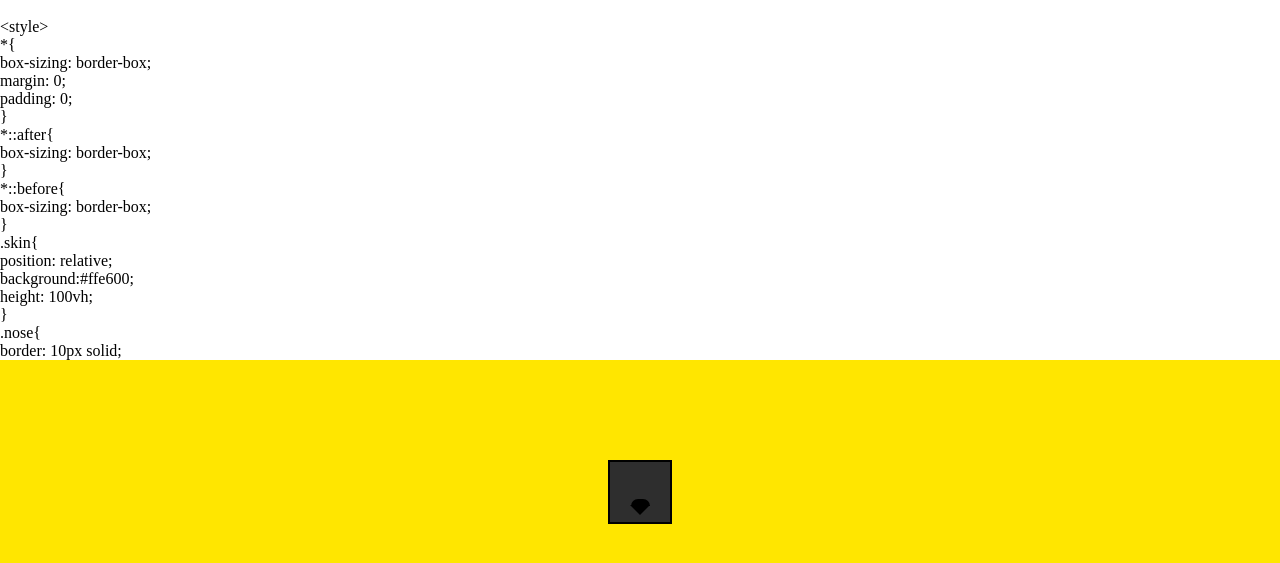
Repository: chenguocan/Pokemon
Page: src/test.html
These files come from the project's save history. The page is drawn as it stood at one moment and after the next save; the edit follows.
The browser window is 1280 px wide. The pictures show the whole page.
An inner scrolling area shows only its first screen.

Above is the page before, as saved 2020-08-16 18:05:52.

### src/test.html
<!DOCTYPE html>
<html lang="en">

<head>
    <meta charset="UTF-8">
    <meta name="viewport" content="width=device-width, initial-scale=1.0">
    <title>Document</title>
    <style>
        #demo2 {
            display: none;
        }

        #demo {
            position: fixed;
            height: 50vh;
            top: 0;
            left: 0;
            width: 100%;
            overflow: scroll;
        }

        #html {
            position: fixed;
            bottom: 0;
            left: 0;
            width: 100%;
            height: 50vh;
        }
    </style>
</head>

<body>
    <div id="demo"></div>
    <div id="demo2"></div>
    <div id="html">
        <div class="skin">
            <div class="eye left"></div>
            <div class="eye right"></div>
            <div class="nose">
                <div class="yuan"></div>
            </div>
            <div class="face left">
                <img src="./images/3.gif" alt="">
            </div>
            <div class="face right">
                <img src="./images/3.gif" alt="">
            </div>
            <div class="mouth">
                <div class="up">
                    <div class="lip left"></div>
                    <div class="lip right"></div>
                </div>
                <div class="down">
                    <div class="yuan1">
                        <div class="yuan2"></div>
                    </div>
                </div>
            </div>
        </div>
    </div>
    <script src="test.js"></script>
</body>

</html>

### src/test.js
let n = 1;
const string = `
<style>
*{
    box-sizing: border-box;
    margin: 0;
    padding: 0;
}
*::after{
    box-sizing: border-box;
}
*::before{
    box-sizing: border-box;
}
.skin{
    position: relative;
    background:#ffe600;
    height: 100vh;
}
.nose{
    border: 10px solid;
    border-color:black transparent transparent transparent;
    width: 0px;
    height: 0px;
    position: relative;
    left: 50%;
    top: 145px;
    margin-left: -10px;
    z-index: 10;
}
@keyframes wave{
    0%{
        transform: rotate(0deg);
    }
    33%{
        transform: rotate(5deg);
    }
    66%{
        transform: rotate(-5deg);
    }
    100%{
        transform: rotate(0deg);
    }
}
.nose:hover{
    transform-origin: 50% 100%;
    animation:wave 500ms infinite;
}
.yuan{
    position: absolute;
    width: 18.5px;
    height: 7px;
    background:black;
    top:-16px;
    left:-9px;
    border-radius:14px 14px 0 0;
}
.face>img{
    position: absolute;
    border-radius: 50%;
    top: 50px;
    left: 50px;
}
.face.left>img{
    transform-origin: 0 0;
    transform: rotateY(180deg);

}
.eye{
    border:2px solid #000;
    width: 64px;
    height: 64px;
    position: absolute;
    left: 50%;
    margin-left: -32px;
    top: 100px;
    background:#2e2e2e;
    border-radius: 50%;
}
.eye::before{
    content:"";
    display: block;
    border:3px solid white;
    width: 25px;
    height: 25px;
    border-radius: 50%;
    background:#fff;
    position: relative;
    left: 8px;
    top:2px;
}
.left{
    transform: translateX(-100px);
}
.right{
    transform: translateX(100px);
}
.mouth{
    width:200px;
    height: 200px;
    position: absolute;
    left: 50%;
    top:170px;
    margin-left: -100px;
}
.mouth .up{
    position: relative;
    top: -7px;
}
.mouth .up .lip{
    border:5px solid black;
    height: 30px;
    width:100px;
     background:#ffe600;
    border-top-color:transparent ;
    border-right-color: transparent;
    left: 50%;
    margin-left: -50%;
    z-index: 1;
}
.mouth .up .lip.left{
    border-radius: 0 0 0 50px;
    position: relative;
    transform: rotate(-20deg);
    position: absolute;
}
.mouth .up .lip.left::before{

    right: -6px;

}
.mouth .up .lip::before{
    content:"";
    display: block;
    width: 7px;
    height: 30px;
    position: absolute;
    bottom: 0;
    background:#ffe600;
}
.mouth .up .lip.right{
    border-radius: 0 0 50px 0;
    position: relative;
    transform: rotate(20deg) translateX(48px) translateY(-18px);
    position: absolute;
    left: 50%;
    margin-left: -50px;
}
.mouth .up .lip.right::before{

    left: -6px;

}
.mouth .down{
    height: 180px;
    position: absolute;
    top:0px;
    width: 100%;
    overflow:hidden;
}
.mouth .down .yuan1{
    border:3px solid black;
    height: 1000px;
    width: 150px;
    border-radius: 75px/300px;
    position: absolute;
    bottom: 0;
    left: 50%;
    margin-left: -75px;
    background:#9b000a;
    overflow: hidden;
}
.mouth .down .yuan1 .yuan2{

    background: #ff485f;
    height: 300px;
    width: 200px;
    position: absolute;
    bottom:-155px;
    left: 50%;
    margin-left: -100px;
    border-radius: 120px;
}
.face{
    position: absolute;
    left: 50%;
    border:3px solid black;
    width: 88px;
    height: 88px;
    top:200px;
    margin-left: -44px;
    z-index:3;
}
.face .left{
    transform: translateX(-200px);
    background:#ff0000;
    border-radius: 50%;
}
.face.left{
    transform: translateX(-200px);
    background:#ff0000;
    border-radius: 50%;
}
.face.right{
    transform: translateX(200px);
    background:#ff0000;
    border-radius: 50%;
}

</style>
`
const demo2 = document.querySelector("#demo2");
const demo = document.querySelector("#demo");
demo.innerText = string.substr(0, n);
demo2.innerHTML = string.substr(0, n);
let id = setInterval(() => {
    n += 1;
    if (n > string.length) {
        window.clearInterval(id);
        return
    }
    demo.innerText = string.substr(0, n);
    demo2.innerHTML = string.substr(0, n);
    console.log(string);
}, 1)

After the next save:
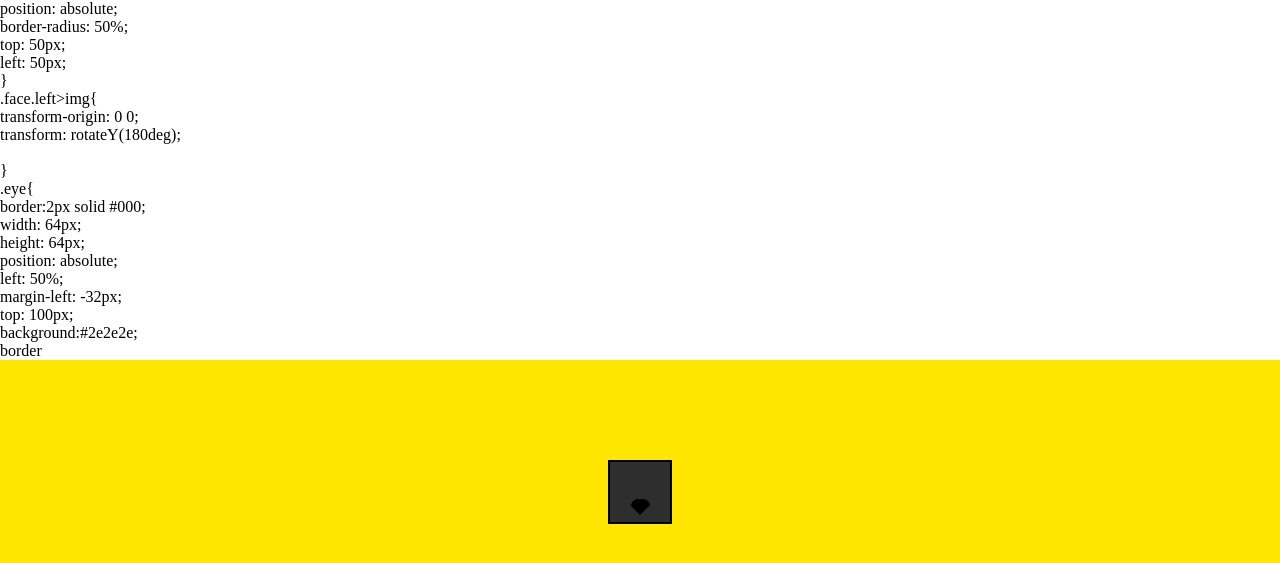
Saved 61 s later.
--- a/src/test.js
+++ b/src/test.js
@@ -221,5 +221,6 @@
     }
     demo.innerText = string.substr(0, n);
     demo2.innerHTML = string.substr(0, n);
+    demo.scrollTop = 99999;
     console.log(string);
 }, 1)

After the 3 saves that followed:
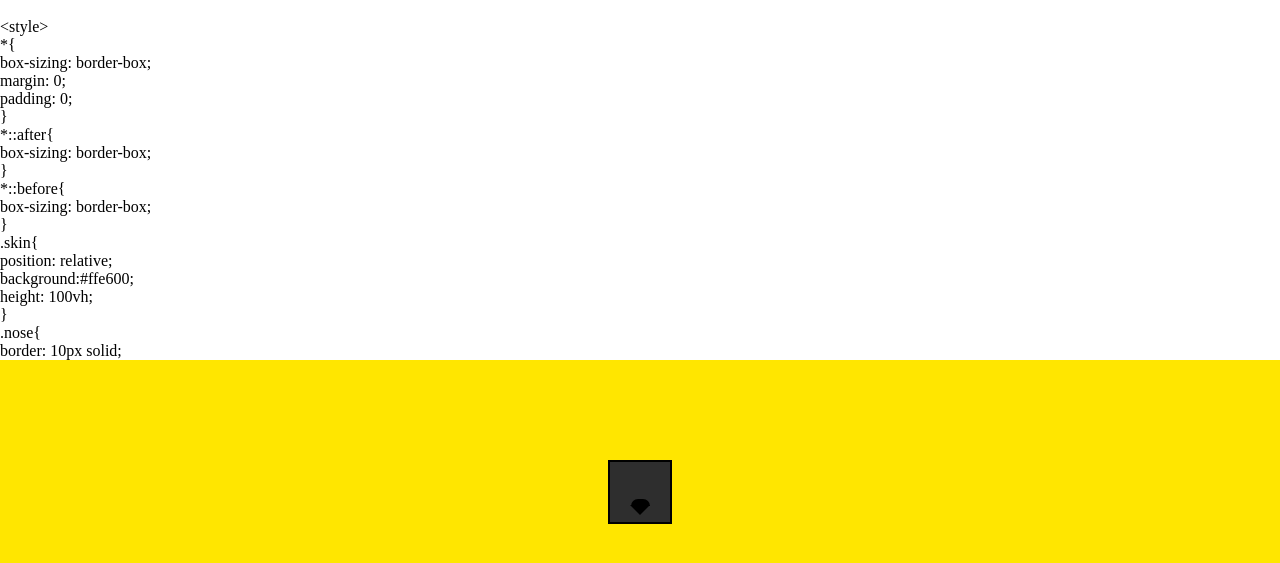
The 3 saves are shown as one change because 2 left the picture as it was.
The last was saved 3 min 15 s later.
--- a/src/test.html
+++ b/src/test.html
@@ -16,7 +16,7 @@
             top: 0;
             left: 0;
             width: 100%;
-            overflow: scroll;
+
         }
 
         #html {
--- a/src/test.js
+++ b/src/test.js
@@ -221,6 +221,6 @@
     }
     demo.innerText = string.substr(0, n);
     demo2.innerHTML = string.substr(0, n);
-    demo.scrollTop = 99999;
+    demo.scrollTop = demo.scrollHeight;
     console.log(string);
 }, 1)
